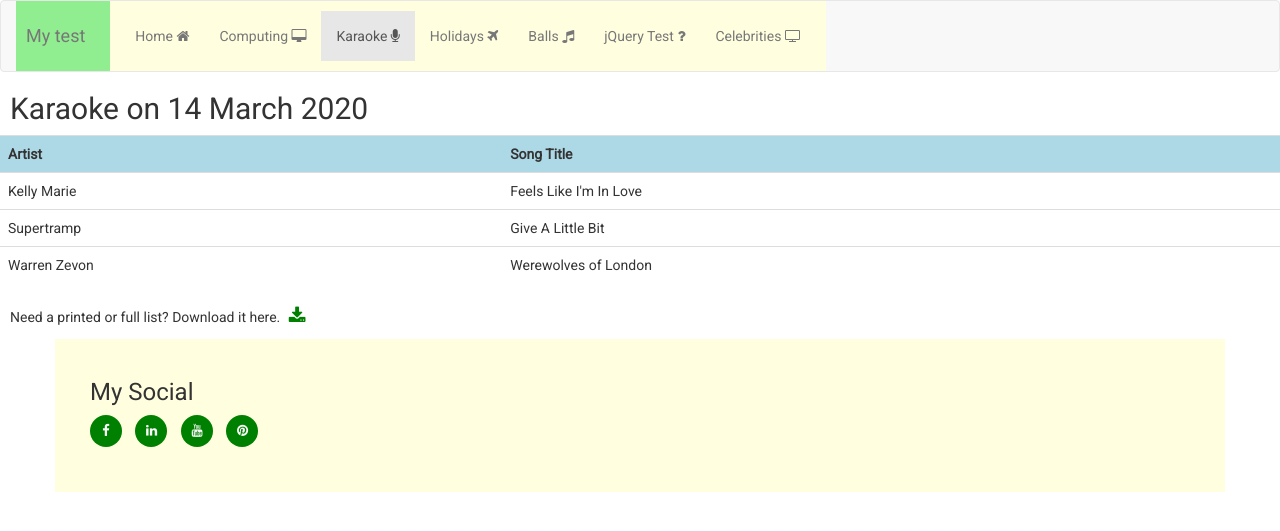
Repository: derektypist/bootstrap
Page: karaoke.html
The author's editor kept a record of every edit. The page is drawn from the files as they stood at one moment, then again after the next edit.
The browser window is 1280 px wide. The pictures show the whole page.

Above is the page before.

### karaoke.html
<!DOCTYPE html>
<html>

<head>
    <meta name="viewport" content="width=device-width, initial-scale=1.0">
    <title>Derek's Bootstrap Experience - Karaoke</title>

    <!-- Load Style Sheets -->

    <link rel="stylesheet" href="https://maxcdn.bootstrapcdn.com/bootstrap/3.3.7/css/bootstrap.min.css">
    <link rel="stylesheet" href="https://maxcdn.bootstrapcdn.com/font-awesome/4.7.0/css/font-awesome.min.css" type="text/css" />
    <link rel="stylesheet" href="style.css" type="text/css">
</head>

<body>
    <nav class="navbar navbar-default">
        <div class="container-fluid">
            <!-- Logo -->
            <div class="navbar-header">
                <a href="index.html" class="navbar-brand">My test</a>
            </div>

            <!-- navbar with icons -->
            <ul class="nav navbar-nav">
                <li><a href="index.html">Home <i class="fa fa-home" aria-hidden="true"></i></a></li>
                <li><a href="computing.html">Computing <i class="fa fa-desktop" aria-hidden="true"></i></a></li>
                <li class="active"><a href="karaoke.html">Karaoke <i class="fa fa-microphone" aria-hidden="true"></i></a></li>
                <li><a href="holidays.html">Holidays <i class="fa fa-plane" aria-hidden="true"></i></a></li>
                <li><a href="balls.html">Balls <i class="fa fa-music" aria-hidden="true"></i></a></li>
                <li><a href="jquerydemo.html">jQuery Test <i class="fa fa-question" aria-hidden="true"></i></a></li>
                <li><a href="celebrities.html">Celebrities <i class="fa fa-television" aria-hidden="true"></i></a></li>
            </ul>

        </div>
    </nav>

    <!-- Karaoke -->
    <section>
        <h2 class="mgn-col">Karaoke on 14 March 2020</h2>
        <div class="table-responsive">
            <table class="table">
                <tr>
                    <th>Artist</th>
                    <th>Song Title</th>
                </tr>

                <tr>
                    <td>Kelly Marie</td>
                    <td>Feels Like I'm In Love</td>
                </tr>

                <tr>
                    <td>Supertramp</td>
                    <td>Give A Little Bit</td>
                </tr>

                <tr>
                    <td>Warren Zevon</td>
                    <td>Werewolves of London</td>
                </tr>




            </table>
        </div>

    </section>

    <section class="mgn-col">
        <p>Need a printed or full list? Download it here.
            <a href="pdf/karaoke.pdf" target="_blank" title="Karaoke" class="download-pdf">
        <i class="fa fa-download" aria-hidden="true"></i></a></p>
    </section>

    <!-- Footer -->
    <footer class="container">
        <div class="row" id="footer-details">
            <h3>My Social</h3>
            <ul class="list-inline social-links">

                <li><a target="_blank" href="https://www.facebook.com/derek.dhammaloka/" title="Facebook"><i class="fa fa-facebook"></i></a></li>
                <li><a target="_blank" href="https://www.linkedin.com/in/derekdhammaloka" title="LinkedIn"><i class="fa fa-linkedin"></i></a></li>
                <li><a target="_blank" href="https://www.youtube.com/user/derekthesec" title="YouTube"><i class="fa fa-youtube"></i></a></li>
                <li><a target="_blank" href="https://www.pinterest.co.uk/derekthesec" title="Pinterest"><i class="fa fa-pinterest"></i></a></li>
            </ul>
        </div>
    </footer>
</body>

</html>

### style.css
/* Import Font */

@import url('https://fonts.googleapis.com/css?family=Roboto');

/* Body */

body {

    font-family: "Roboto", Arial, Verdana, sans-serif;
    height: 100%;
}

/* Liked Comments */

.liked {
    background-color: lightblue;
    padding: 10px;
}

/* Jumbotron */

.jumbotron {
    background-color: pink;
}

/* List Items */

.list-items {
    color: green;
}

.list-items a {
    text-decoration: none;
    color: orange;
}

.list-items a:hover {
    text-decoration: none;
    color: purple;
}

/* Margin Styles */
.mgn-col {
    margin-left: 10px;
}

/* Navbar Styles */
.navbar-header {
    background-color: lightgreen;
    padding: 10px;
}

.navbar-nav {
    background-color: lightyellow;
    padding: 10px;
}

/* Table Styles */
th {
    background-color: lightblue;
}


/* Download PDF Styles */
.download-pdf {
    color: green;
    text-align: center;
    font-size: 18px;
    padding-left: 5px;
}

.download-pdf i:hover {
    color: orange;
    transition: all 0.35s ease-in-out;
    -moz-transition: all 0.35s ease-in-out;
    -webkit-transition: all 0.35s ease-in-out;
    -o-transition: all 0.35s ease-in-out;
}

/* Footer */
footer {
    background-color: lightyellow;
    min-height: 50px;
    margin: 0;
}

.social-links {
    padding-bottom: 15px;
}

.social-links li a i {
    width: 32px;
    height: 32px;
    padding: 12px 0px;
    border-radius: 50%;
    font-size: 13px;
    line-height: 7px;
    text-align: center;
    color: #fafafa;
    background: green;
    transition: all 0.35s ease-in-out;
    -moz-transition: all 0.35s ease-in-out;
    -webkit-transition: all 0.35s ease-in-out;
    -o-transition: all 0.35s ease-in-out;

}

.social-links li a i:hover {
    background: purple;

}

#footer-details {
    margin: 20px;
}

/* jQueryDemo - Subjects */
.row button #subjects
{
    background-color: black;
}



/* jQueryDemo - Keypad */

#keypad {
    width: 50%;
    margin: auto;
}

#display {
    height: 75px;
    font-size: 2.5em;
    background-color: seagreen;
    color: white;
    text-align: center;
}

button {
    background-color: black;
    color: white;
    font-size: 2em;
    height: 2em;
    float: left;
    border-color: lightgreen;
    margin-left: 0px;
    margin-right: 0px;
}

.row button {
    width: 33.333%;
}

After the next edit:
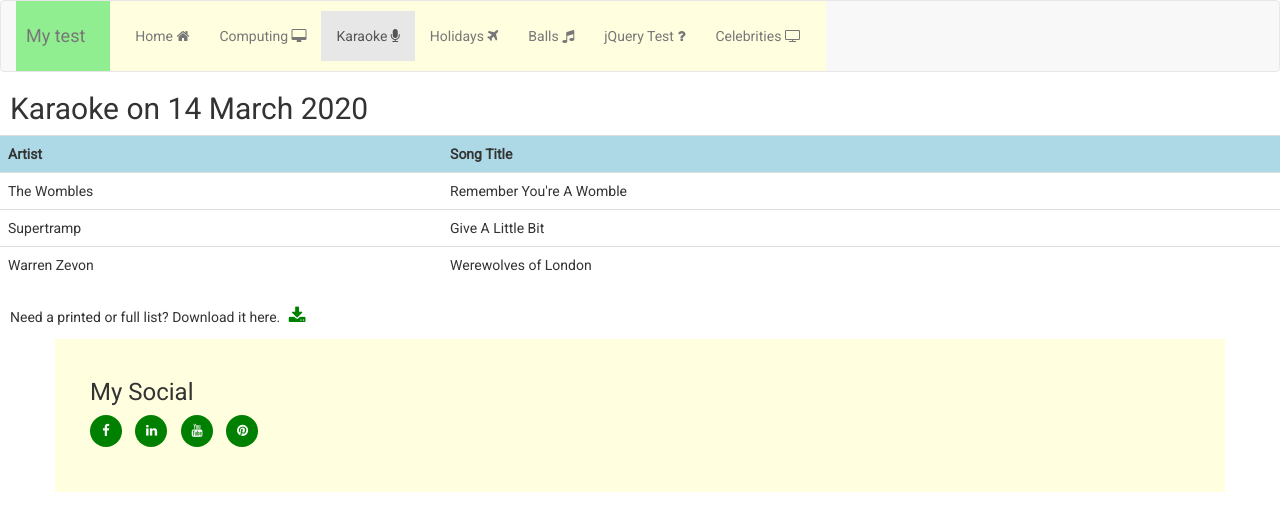
The edit:
--- a/karaoke.html
+++ b/karaoke.html
@@ -45,8 +45,8 @@
                 </tr>
 
                 <tr>
-                    <td>Kelly Marie</td>
-                    <td>Feels Like I'm In Love</td>
+                    <td>The Wombles</td>
+                    <td>Remember You're A Womble</td>
                 </tr>
 
                 <tr>
